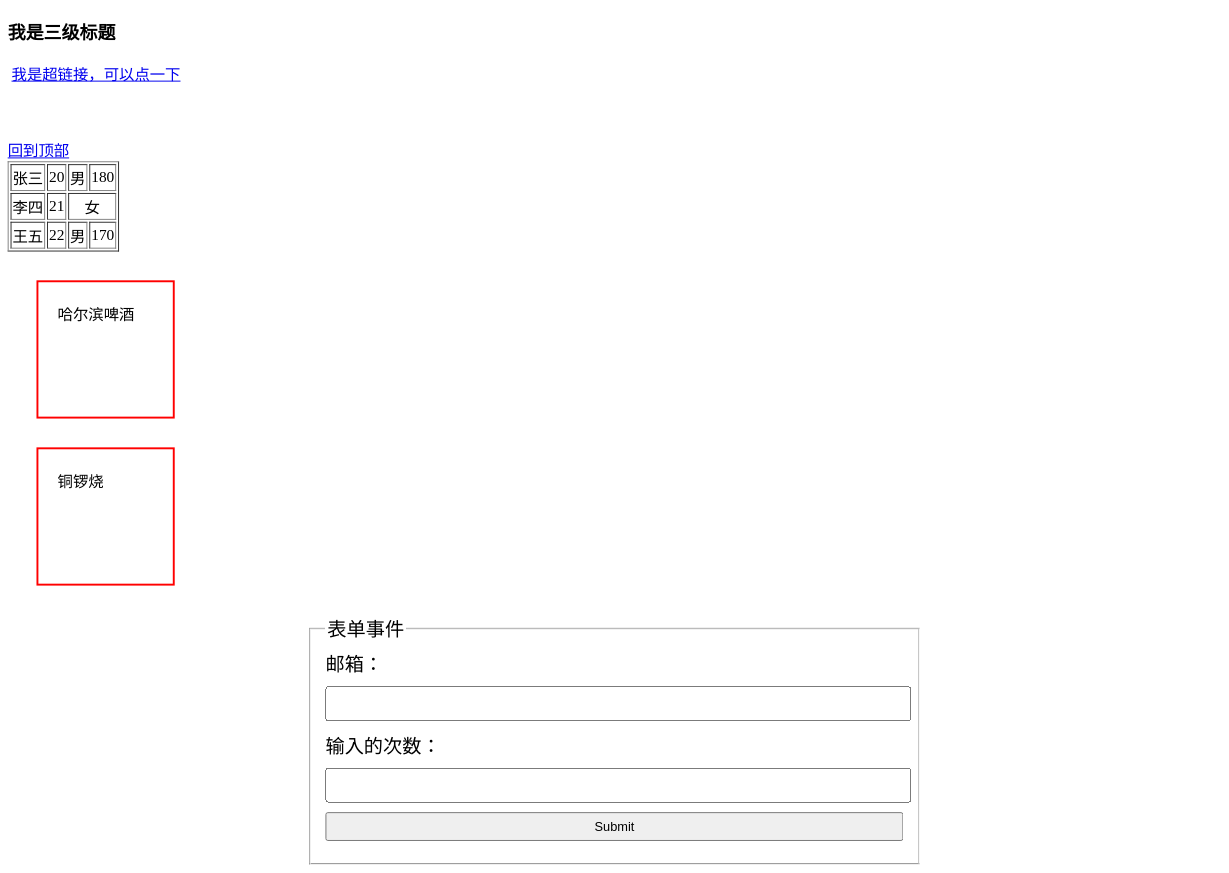
Repository: wyhzglgithub/mygitremote
Page: test.html
An editor plug-in stored every save of this project. The page is shown before and after a run of saves, followed by the edit.
The browser window is 1280 px wide. The pictures show the whole page, at 96% of full size.

Above is the page before, as saved 2021-10-11 13:57:26.

After the next 2 saves:
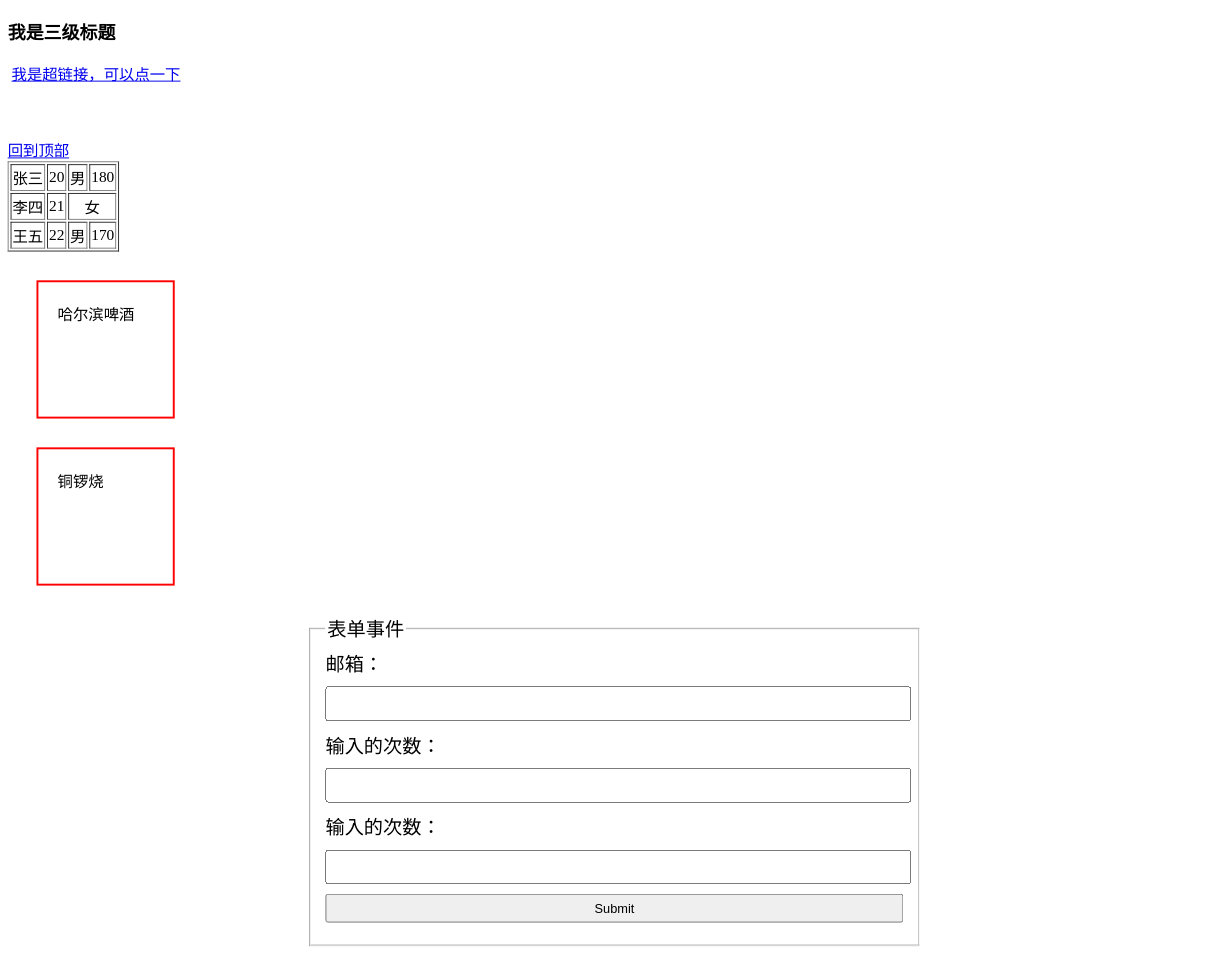
The 2 saves are shown as one change because they came seconds apart.
The last was saved 31 min 10 s later.
--- a/test.html
+++ b/test.html
@@ -74,6 +74,9 @@
             <label for="">
                 输入的次数：<input type="text" name="" id="txt2" />
             </label>
+            <label for="">
+                输入的次数：<input type="text" name="" id="txt2" />
+            </label>
 
             <input type="submit">
         </fieldset>
